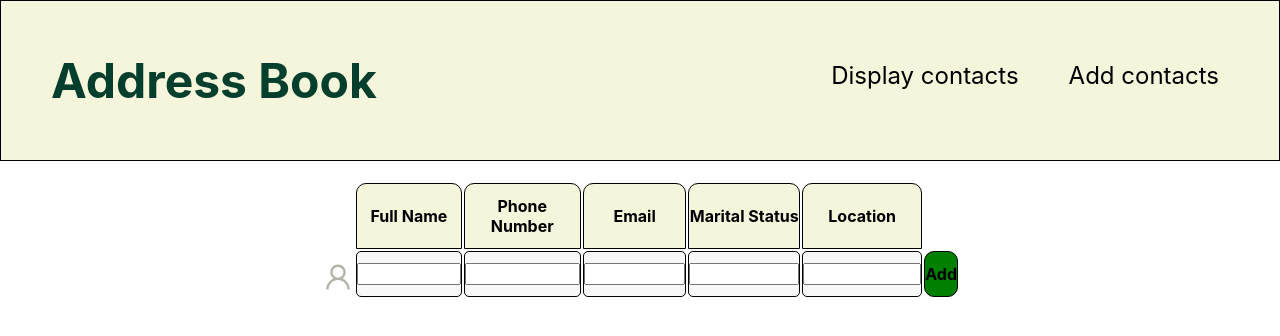
Repository: jatannoury/Address-Book
Page: /add_contact
An editor plug-in stored every save of this project. The page is shown before and after a run of saves, followed by the edit.
The browser window is 1280 px wide. The pictures show the whole page.
The project was rebuilt for these pictures with package versions that can differ from the ones it lists, and the page was loaded fresh each time. Also part of the build but not shown: src/components/Email.js, src/components/Password.js, src/components/Login.js, src/components/Username.js, src/components/SignUp.js, src/components/Table.js, src/components/Contacts.js.

Above is the page before, as saved 2022-06-25 23:43:15.

### src/App.js
import "./App.css";
import { BrowserRouter, Routes, Route } from "react-router-dom";
import Login from "./components/Login";
import SignUp from "./components/SignUp";
import Contacts from "./components/Contacts";
import React, { Component, useState } from "react";
import Navbar from "./components/Navbar";
import { AiOutlineUser } from "react-icons/ai";

function App() {
  const [name, setName] = useState("");
  const [nb, setNb] = useState("");
  const [mail, setMail] = useState("");
  const [status, setStatus] = useState("");
  const [loc, setLoc] = useState("");
  return (
    <BrowserRouter>
      <Routes>
        <Route path="/" element={<Login />}></Route>
        <Route path="/register" element={<SignUp />}></Route>
        <Route path="/contact_page" element={<Contacts />}></Route>
        <Route
          path="/add_contact"
          element={
            <>
              <Navbar />
              <table className="table">
                <thead>
                  <tr>
                    <th></th>
                    <th>Full Name</th>
                    <th>Phone Number</th>
                    <th>Email</th>
                    <th>Marital Status</th>
                    <th>Location</th>
                  </tr>
                </thead>
                <tbody>
                  <tr>
                    <AiOutlineUser className="iconn" />
                    <td>
                      <input
                        type="text"
                        className="input"
                        onChange={(e) => {
                          setName(e.target.value);
                          console.log(name);
                        }}
                      ></input>
                    </td>
                    <td>
                      <input
                        type="text"
                        className="input"
                        onChange={(e) => {
                          setNb(e.target.value);
                          console.log(nb);
                        }}
                      ></input>
                    </td>
                    <td>
                      <input
                        type="text"
                        className="input"
                        onChange={(e) => {
                          setMail(e.target.value);
                          console.log(mail);
                        }}
                      ></input>
                    </td>
                    <td>
                      <input
                        type="text"
                        className="input"
                        onChange={(e) => {
                          setStatus(e.target.value);
                          console.log(status);
                        }}
                      ></input>
                    </td>
                    <td>
                      <input
                        type="text"
                        className="input"
                        onChange={(e) => {
                          setLoc(e.target.value);
                          console.log(loc);
                        }}
                      ></input>
                    </td>
                    <th
                      className="add"
                      onClick={(e) => {
                        console.log("DEELEETE");
                      }}
                    >
                      Add
                    </th>
                  </tr>
                </tbody>
              </table>
            </>
          }
        ></Route>
      </Routes>
    </BrowserRouter>
  );
}

export default App;

### src/App.css
* {
  padding: 0;
  margin: 0;
  box-sizing: border-box;
}

.body_container {
  text-align: center;
}

.content_container {
  text-align: center;
  border: 2px solid white;
  width: 40%;
  color: white;
  margin-left: auto;
  margin-right: auto;
  margin-top: 5%;
  border-radius: 30px;
  background-color: #f5f5dc;
  box-shadow: 10px 10px #f1f1e1;
}
hr {
  width: 6%;
  margin-left: auto;
  margin-right: auto;
  margin-bottom: 6%;
}
.hr {
  width: 100%;
  margin-bottom: 50px;
}

.title {
  margin-top: 5%;
  margin-bottom: 1.5%;
  font-family: system-ui, -apple-system, BlinkMacSystemFont, "Segoe UI", Roboto,
    Oxygen, Ubuntu, Cantarell, "Open Sans", "Helvetica Neue", sans-serif;
  font-weight: 200;
  color: rgb(22, 118, 118);
  background-color: #f5f5dc;
}
form > div {
  margin-left: 30px;
  margin-bottom: 30px;
}
form > div > input {
  width: 70%;
}

form > input {
  background-color: #a8b59b;
  /* border-radius:10px; */
  padding-top: 2.5%;
  padding-bottom: 2.5%;
  width: 60%;
  padding-left: 2.5%;
  font-size: 100%;
  border: 1px solid #395174;
}

.submit {
  /* margin-bottom: 20%; */
  font-family: system-ui, -apple-system, BlinkMacSystemFont, "Segoe UI", Roboto,
    Oxygen, Ubuntu, Cantarell, "Open Sans", "Helvetica Neue", sans-serif;
  font-size: 150%;
  font-weight: 500;
  color: white;
}

.submit:hover {
  background-color: rgb(151, 171, 165);
  box-shadow: 5px px rgb(151, 171, 165);
}
form {
  background-color: #f5f5dc;
  border-radius: 10px;
}

.icon {
  border: 1px solid black;
  width: 10%;
  position: relative;
  left: 75px;
  color: grey;
}

.user,
.pass {
  display: flex;
  width: 100%;
}

input[type="text"],
[type="password"] {
  padding-left: 80px;
  font-size: 100%;
}
.signupLink {
  margin-bottom: 100px;
  margin-top: 10px;
}

.signupLink > a:hover {
  color: black;
}
.navbar {
  border: 1px solid black;
  display: flex;

  justify-content: space-between;
  padding: 50px 50px 50px 50px;
  background-color: #f5f5dc;
}
.sub_nav > a {
  text-decoration: none;
  color: black;
  /* border: 1px solid black; */
  font-size: 150%;
  padding-top: 50px;
  padding-bottom: 50px;
  padding-left: 10px;
  padding-right: 10px;
}
.sub_nav > a:hover {
  color: #043f2d;
  font-weight: 800;
}
.nav1 {
  display: flex;
  margin-top: 10px;
  gap: 30px;
}
.addressBook {
  font-size: 300%;
  color: #043f2d;
  font-weight: 700;
}
.header {
  display: flex;
}

.sub_header {
  font-size: 150%;
  margin-top: 20px;
  border: 1px solid #f5f5dc;
  background-color: #f5f5dc;
  border-radius: 10px 10px 0px 0px;
  padding: 10px 10px 10px 10px;
}
table {
  margin-top: 20px;
  text-align: center;
  margin-left: auto;
  margin-right: auto;
  width: 50%;
}
th {
  border: 1px solid black;
  border-radius: 10px 10px 0px 0px;
  background-color: #f5f5dc;
  padding-top: 12px;
  padding-bottom: 12px;
  text-align: center;
}
td {
  border: 1px solid black;
  border-radius: 5px;
  background-color: #f8f8f8;
  padding: 10px 0;
}
th:first-child {
  background-color: white;
  border: none;
}
.iconn {
  margin-top: 10px;
  font-size: 200%;
  color: #b3b3a8;
}
.del {
  border-radius: 10px;
  background-color: rgb(235, 64, 64);
  cursor: pointer;
}
.underline {
  text-decoration: underline;
}
.input {
  width: 100%;
  padding-left: 0px !important;
  height: 100%;
}
.add {
  border-radius: 10px;
  background-color: green;
  cursor: pointer;
}

### src/components/Navbar.js
import React from "react";

const Navbar = () => {
  return (
    <nav className="navbar">
      <div className="addressBook">Address Book</div>
      <div className="nav1 ">
        <div className="sub_nav ">
          <a href="/contact_page">Display contacts</a>
        </div>
        <div className="sub_nav">
          <a href="/add_contact">Add contacts</a>
        </div>
      </div>
    </nav>
  );
};

export default Navbar;

Loaded but not shown: public/index.html (common file); src/index.js (common file); src/index.css (common file); src/reportWebVitals.js (common file)

After the next 2 saves:
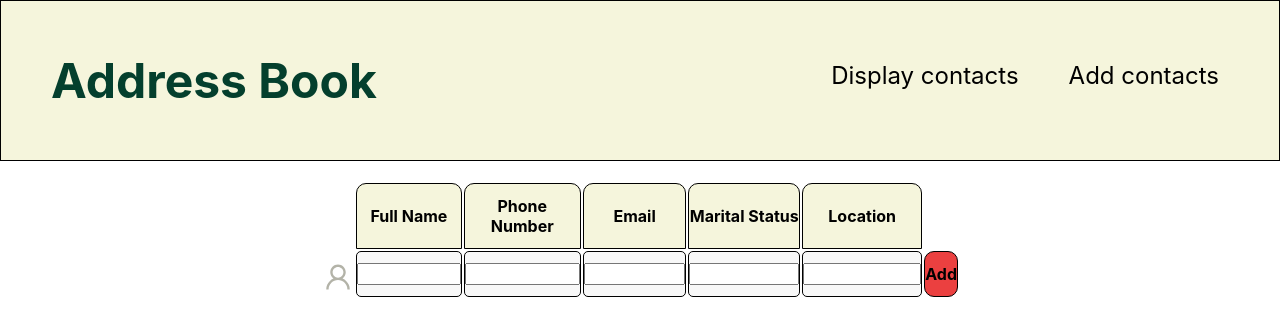
The 2 saves are shown as one change because they came seconds apart.
The last was saved 18 s later.
--- a/src/App.js
+++ b/src/App.js
@@ -89,7 +89,7 @@ function App() {
                       ></input>
                     </td>
                     <th
-                      className="add"
+                      className="del"
                       onClick={(e) => {
                         console.log("DEELEETE");
                       }}
